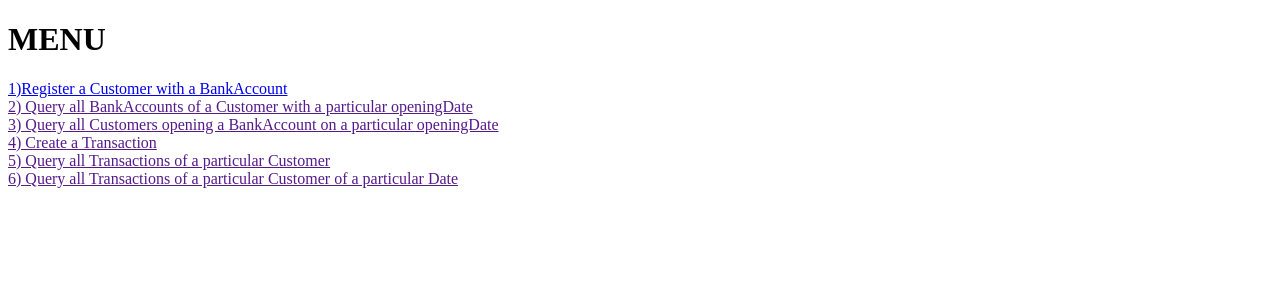
Repository: rajeshmalviya2011/MyRepo
Page: http://localhost/tcjassignment/home.jsp
These files come from the project's save history. The page is drawn as it stood at one moment and after the next save; the edit follows.
The browser window is 1280 px wide. The pictures show the whole page.
The page is served by Tomcat 9.

Above is the page before, as saved 2020-08-07 12:51:24.

After the next save:
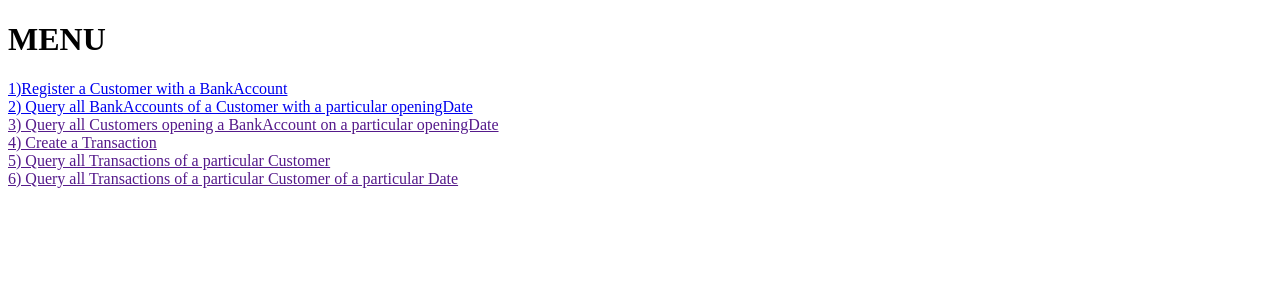
Saved 22 s later.
--- a/tcjassignment/src/main/webapp/home.jsp
+++ b/tcjassignment/src/main/webapp/home.jsp
@@ -11,7 +11,7 @@
 
 <a href="register">1)Register a Customer with a BankAccount</a><br>
 
-<a href="">2) Query all BankAccounts of a Customer with a particular openingDate</a><br>
+<a href="queryBankAccounts">2) Query all BankAccounts of a Customer with a particular openingDate</a><br>
 
 <a href="">3) Query all Customers opening a BankAccount on a particular openingDate</a><br>
 
